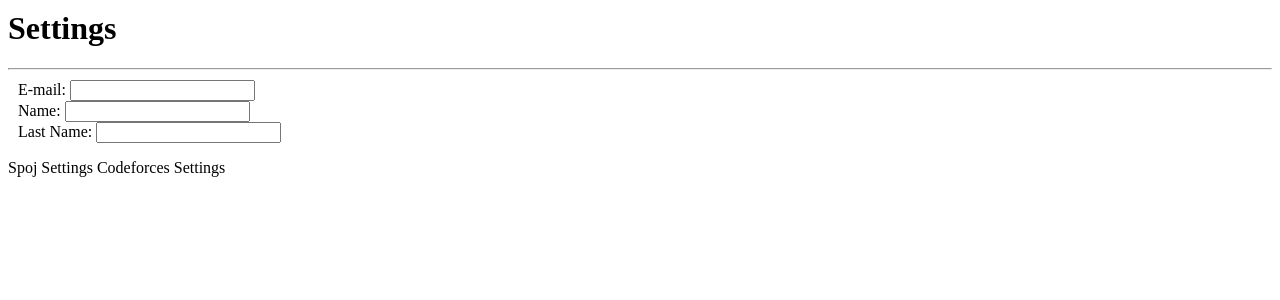
Repository: cjtoribio/algopit
Page: nodejs/public/partials/settings.html
The author's editor kept a record of every edit. The page is drawn from the files as they stood at one moment, then again after the next edit.
The browser window is 1280 px wide. The pictures show the whole page.

Above is the page before.

### nodejs/public/partials/settings.html
    <div class="container" style="margin-top:10px">
			<div class="col-md-12">
			    <h1>Settings</h1>
			    <hr />
			    <algo-tab>
			        <algo-pane title="General">
			            <div class="container" style="margin: 10px;">
			                <form class="form-horizontal">
			                    <div class="input-group">
			                        <label>
			                            E-mail:
			                            <input type="text" name=""/>
			                        </label>
			                    </div>
			                    <div class="input-group">
			                        <label>
			                            Name:
			                            <input type="text" name=""/>
			                        </label>
			                    </div>
			                    <div class="input-group">
			                        <label>
			                            Last Name:
			                            <input type="text" name=""/>
			                        </label>
			                    </div>
			                </form>
			            </div>
			        </algo-pane>
			        <algo-pane title="Spoj">
			            Spoj Settings
			        </algo-pane>
			        <algo-pane title="Codeforces">
			            Codeforces Settings
			        </algo-pane>
			    </algo-tab>
			</div>
	</div>

After the next edit:
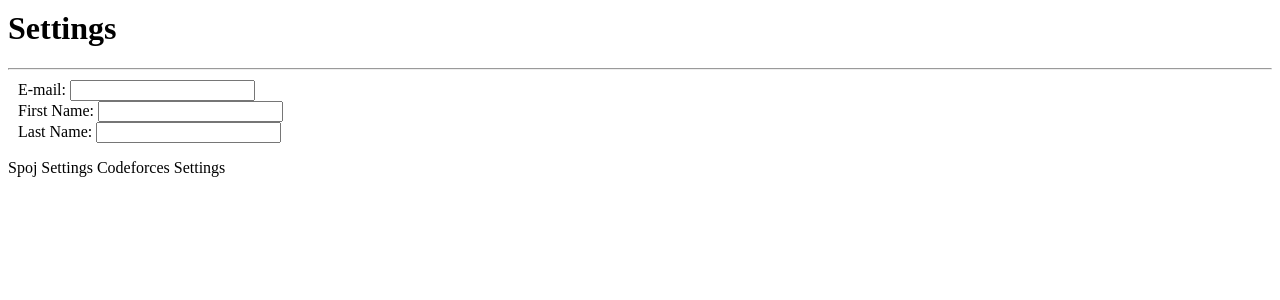
The edit:
--- a/nodejs/public/partials/settings.html
+++ b/nodejs/public/partials/settings.html
@@ -14,7 +14,7 @@
 			                    </div>
 			                    <div class="input-group">
 			                        <label>
-			                            Name:
+			                            First Name:
 			                            <input type="text" name=""/>
 			                        </label>
 			                    </div>
